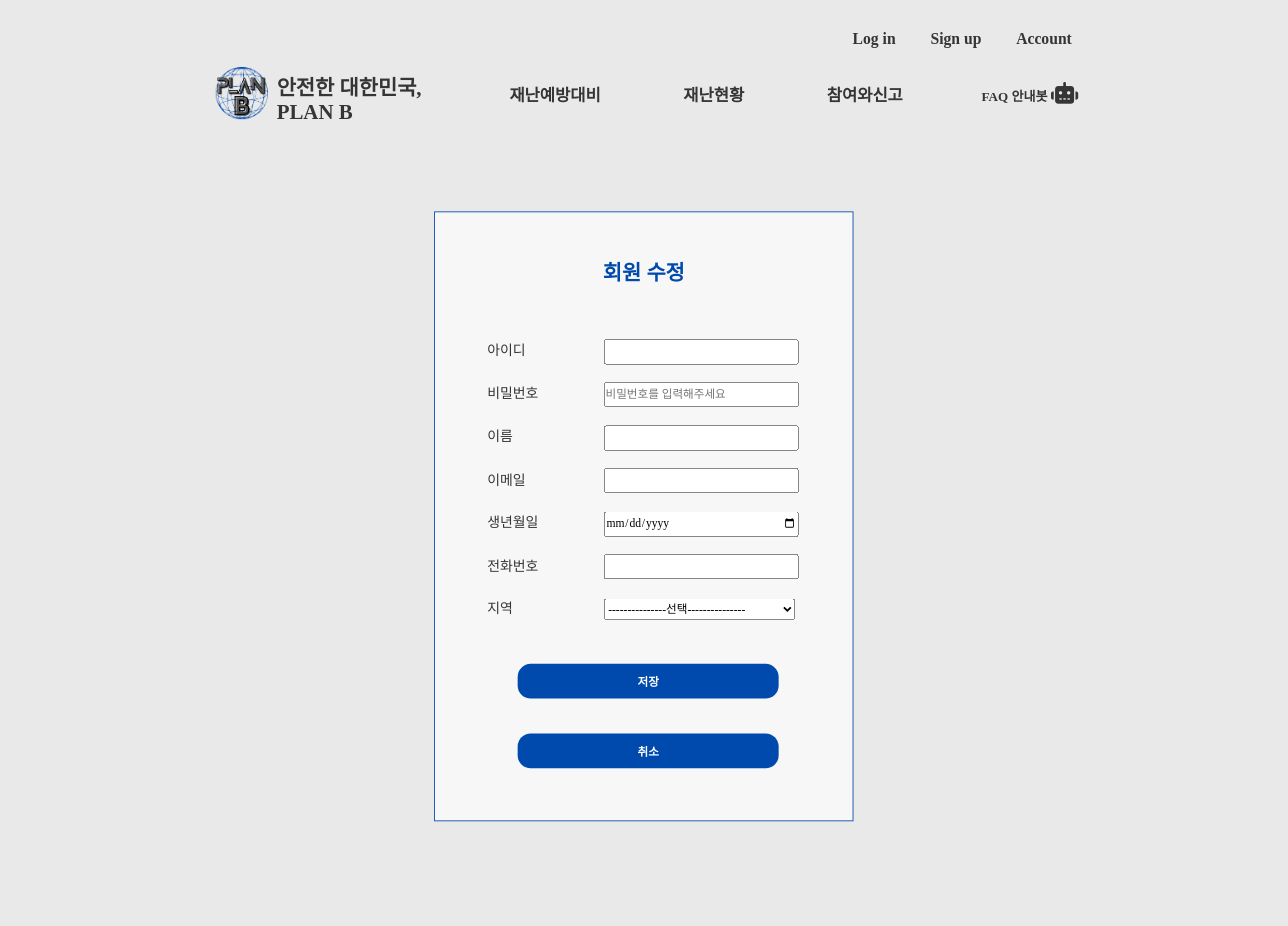
Repository: finalteam4/final
Page: http://localhost/member/update
The author's editor kept a copy of each file at every save. The page is drawn from the files as they stood at one save, then again after the next save.
The browser window is 1280 px wide. The page is 1480 px wide, so the pictures cover 1480 px, including what lies to the right of the window. The pictures show the whole page, at 87% of full size.
Some web libraries are served in a nearby version. The page is this project's Thymeleaf template; nobody is signed in. The template is opened directly, without the code that normally fills it, so the values that code supplies are empty.

Above is the page before, as saved 2024-02-08 07:09:04.

After the next save:
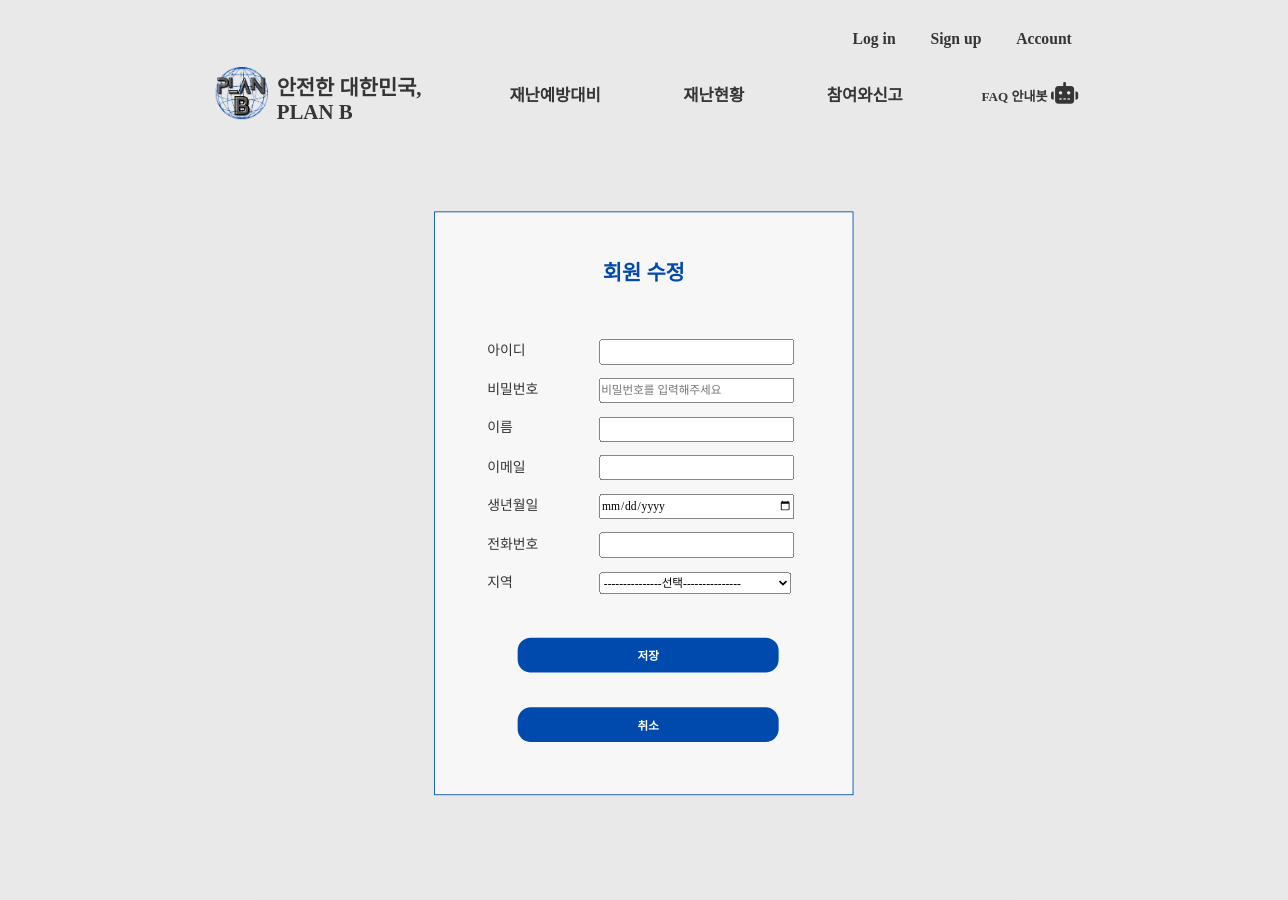
Saved 11 s later.
--- a/final/src/main/resources/static/css/style.css
+++ b/final/src/main/resources/static/css/style.css
@@ -294,7 +294,7 @@ ul li{list-style: none;}
   #update select  {
   width: 220px;
   height: 25px;
-  margin: 10px;
+  margin: 5px;
   }
   #update #memberArea{
   	margin-bottom: 30px;
